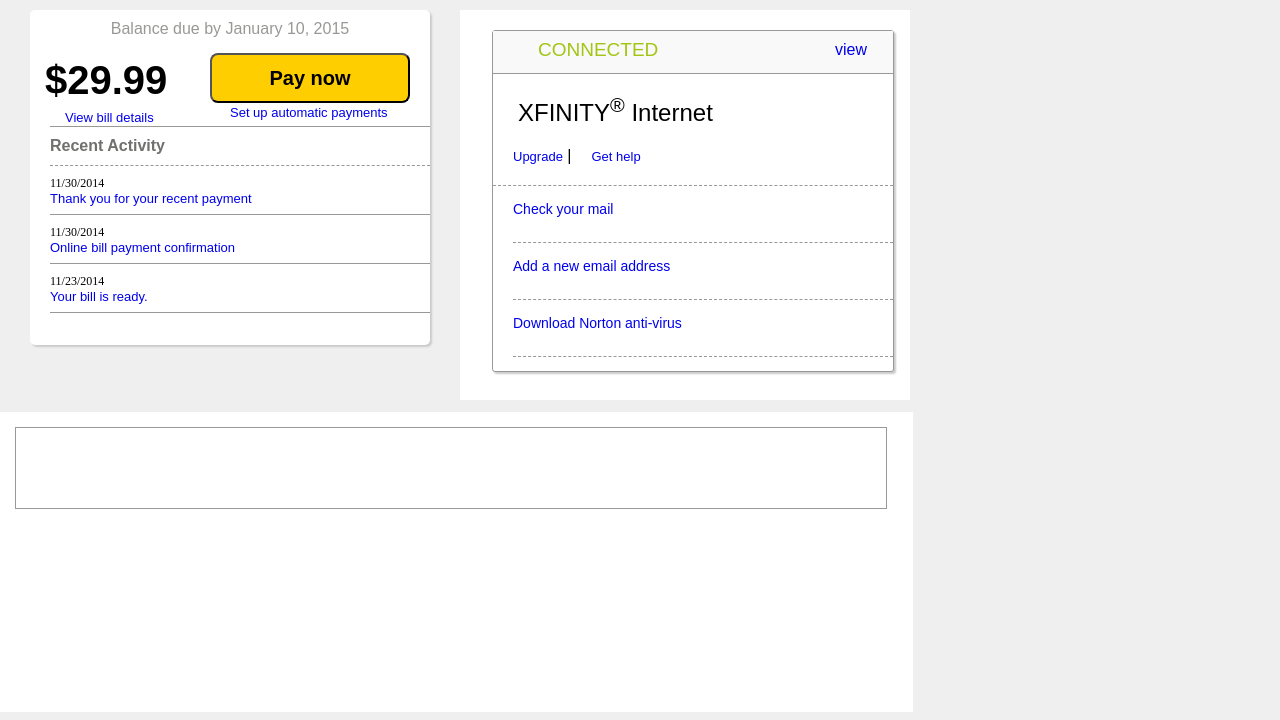
Repository: Sakivaday/UI-TSQ
Page: Aptana Studio 3 Workspace/tsq/assignment3/comcast.html
An editor plug-in stored every save of this project. The page is shown before and after the next save, followed by the edit.
The browser window is 1280 px wide. The pictures show the whole page.
Pictures or frames that could not be fetched are drawn as grey boxes.

Above is the page before, as saved 2015-01-20 05:06:22.

After the next save:
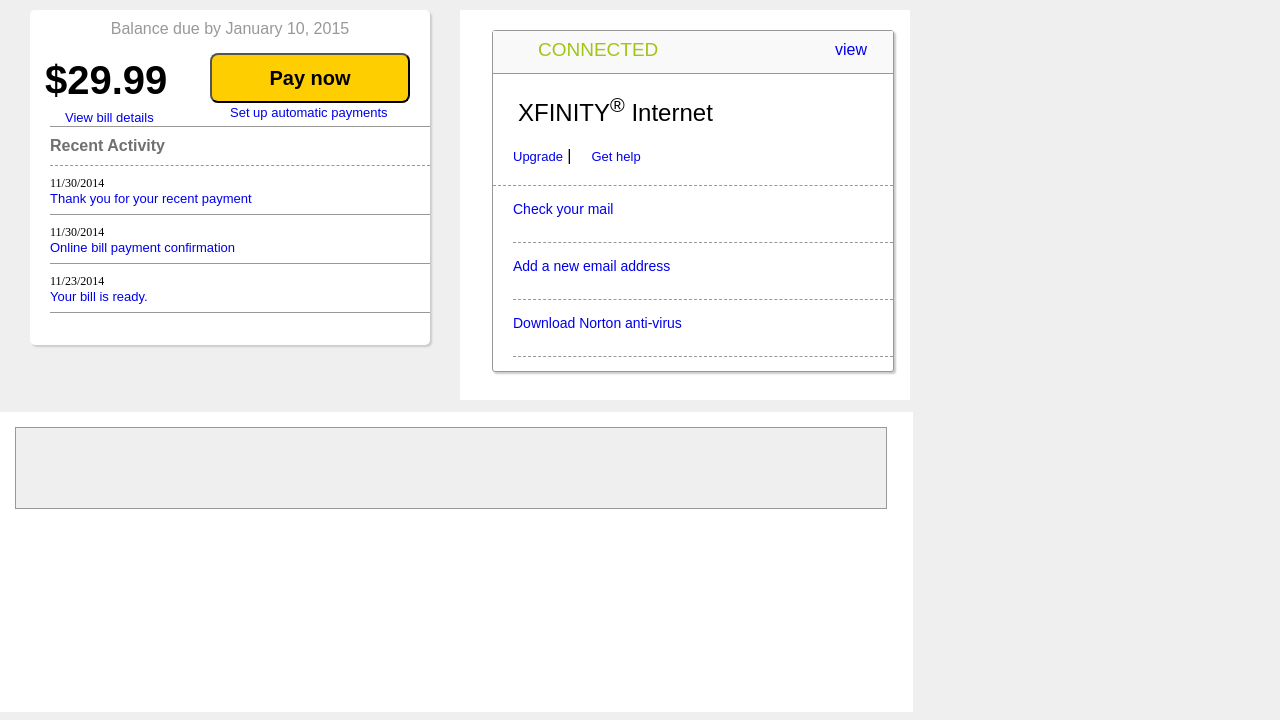
Saved 56 s later.
--- a/Aptana Studio 3 Workspace/tsq/assignment3/new_file.css
+++ b/Aptana Studio 3 Workspace/tsq/assignment3/new_file.css
@@ -170,4 +170,5 @@
 	border: 1px solid #989896;
 	margin-top: 15px;
 	margin-left: 15px;
+	background-color: #efefef;
 }
